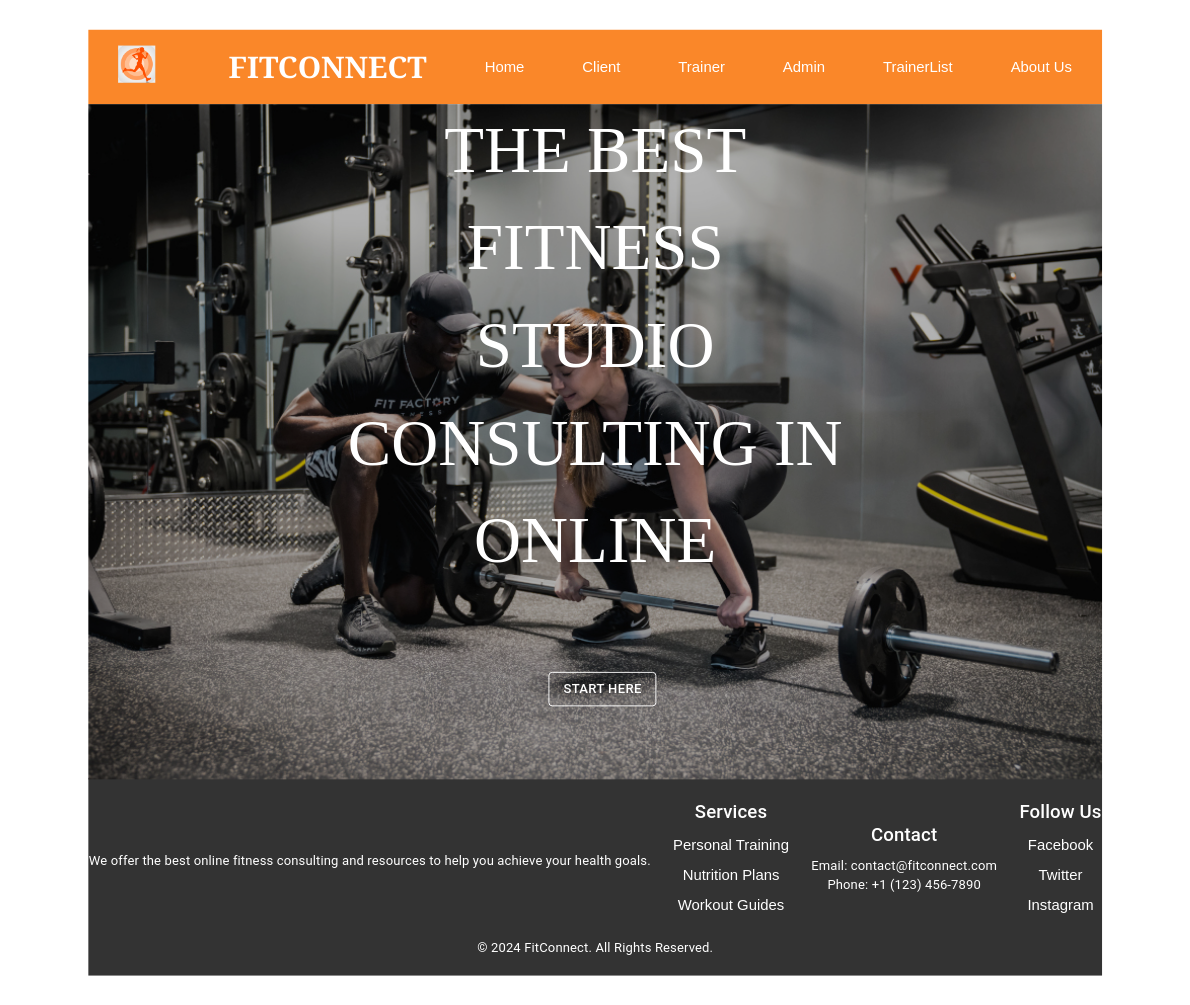
Repository: sarathraj2002/fitconnect
Page: / (app in Frontend/)
The author's editor kept a copy of each file at every save. The page is drawn from the files as they stood at one save, then again after a run of saves.
The browser window is 1280 px wide. The pictures show the whole page, at 93% of full size.
The project was rebuilt for these pictures with package versions that can differ from the ones it lists, and the page was loaded fresh each time. Also part of the build but not shown: Frontend/vite.config.js, Frontend/src/components/ClientPage.jsx, Frontend/src/components/TrainerPage.jsx, Frontend/src/components/AdminPage.css, Frontend/src/components/AdminPage.jsx, Frontend/src/components/TrainerListPage.jsx, Frontend/src/components/AboutUs.jsx, Frontend/src/components/ClientRegister.css and 5 more.

Above is the page before, as saved 2024-11-12 17:46:08.

After the next 2 saves:
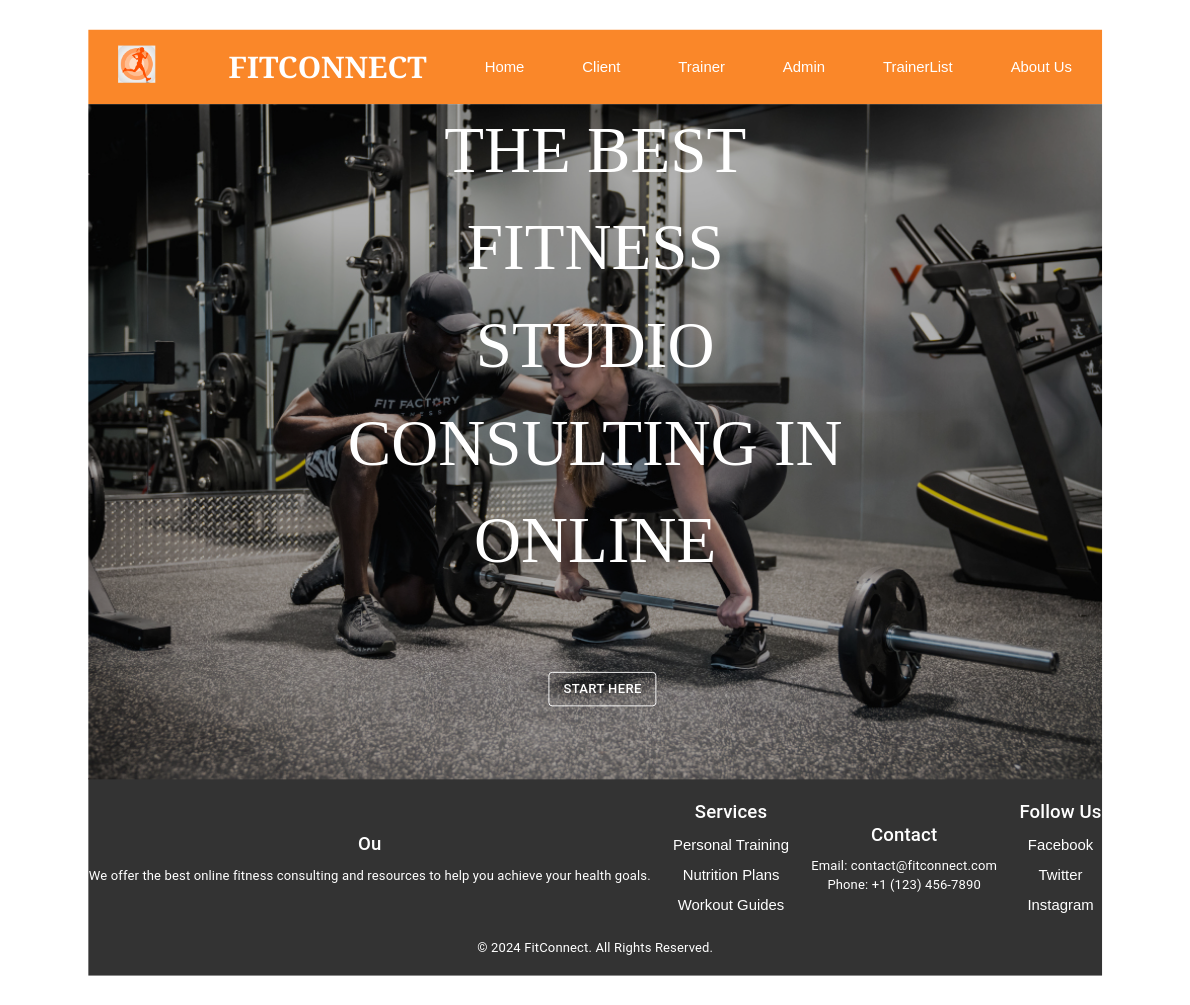
The 2 saves are shown as one change because they came seconds apart.
The last was saved 10 s later.
--- a/Frontend/src/components/Footer.jsx
+++ b/Frontend/src/components/Footer.jsx
@@ -22,7 +22,7 @@ const Footer = () => {
       >
 
         <Box>
-          <Typography variant="h6"></Typography>
+          <Typography variant="h6">Ou</Typography>
           <Typography variant="body2" sx={{ mt: 1 }}>
             We offer the best online fitness consulting and resources to help you achieve your health goals.
           </Typography>
